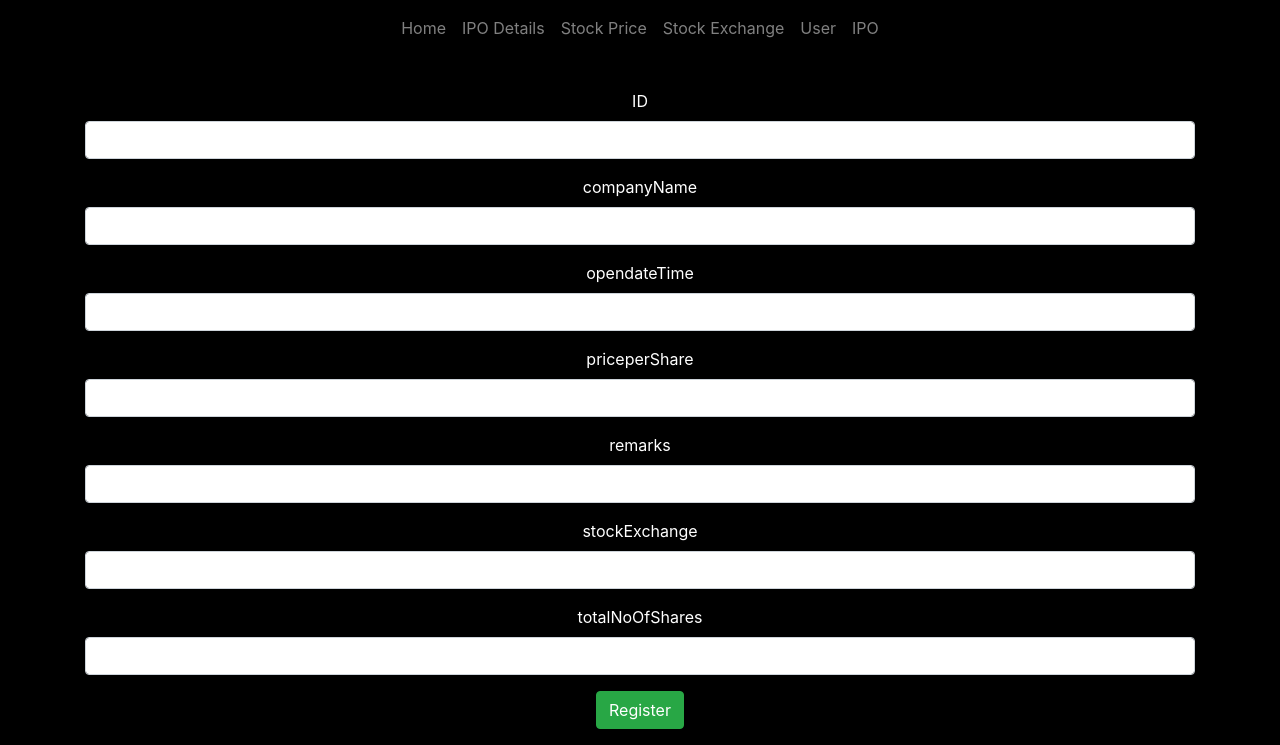
Repository: Gurudutt-S/cts-training
Page: http://localhost/StockExchangeChartingWeb/WEB-INF/views/ipos.jsp
An editor plug-in stored every save of this project. The page is shown before and after the next save, followed by the edit.
The browser window is 1280 px wide. The pictures show the whole page.
The page is served by Tomcat 9. Nobody is signed in. The template is opened directly, without the code that normally fills it, so the values that code supplies are empty.

Above is the page before, as saved 2020-02-12 06:41:07.
Console error (its wording comes from the project's code and is left out).

After the next save:
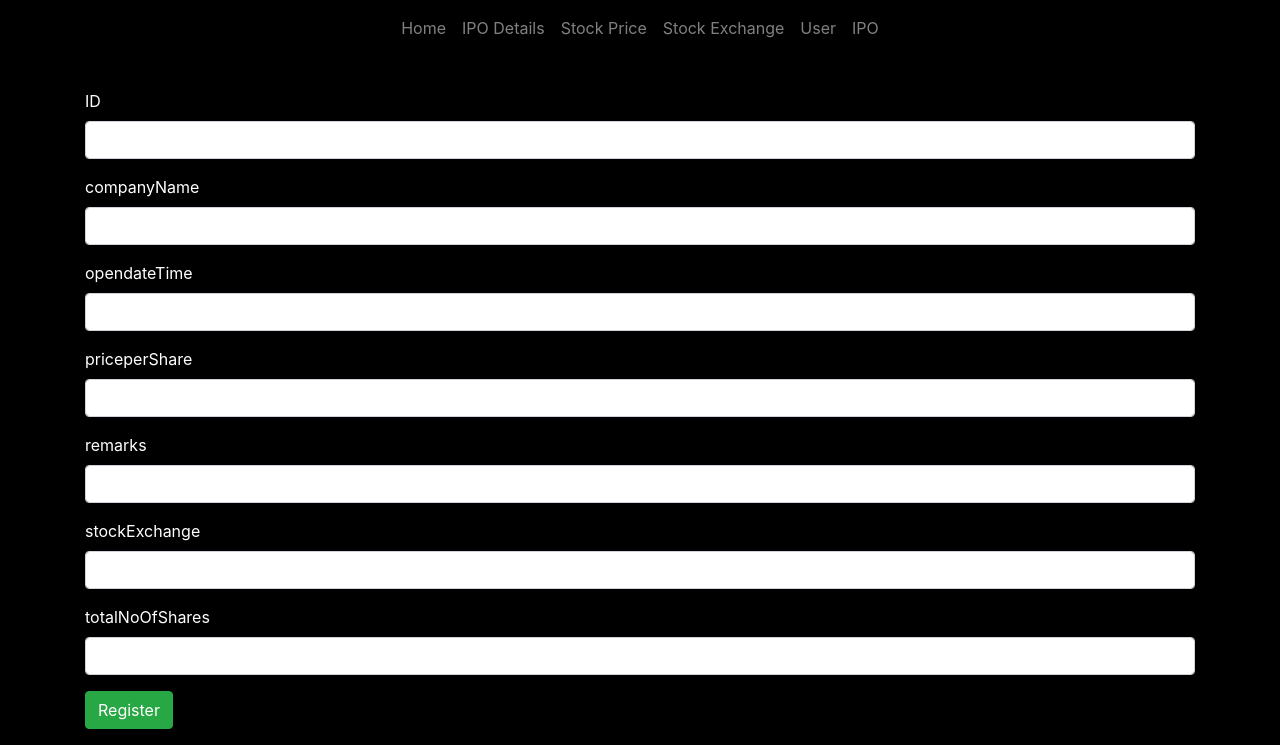
Saved 75 s later.
--- a/Day_36/StockExchangeChartingWeb/src/main/webapp/WEB-INF/views/header.jsp
+++ b/Day_36/StockExchangeChartingWeb/src/main/webapp/WEB-INF/views/header.jsp
@@ -13,7 +13,7 @@
 
 
 </head>
-<body style="color: white; background-color: black; text-align: center;">
+<body style="color: white; background-color: black;">
 
 	<nav class="navbar navbar-expand-lg navbar-dark ">
 		<div class="collapse navbar-collapse">
